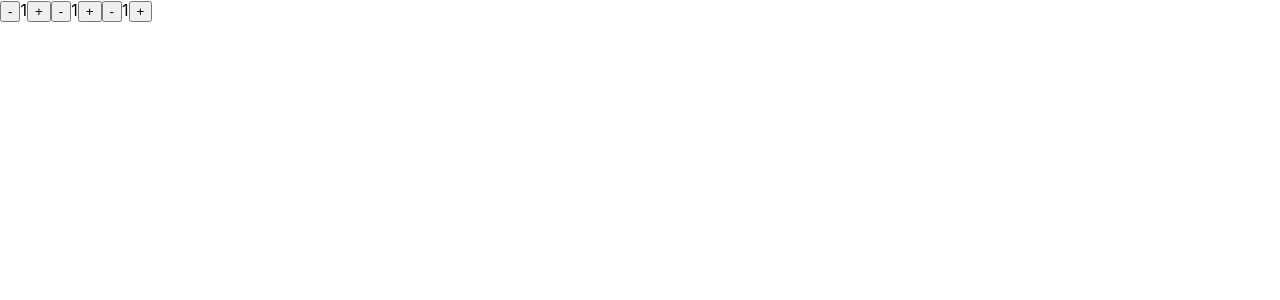
Repository: max535/test-task-netrika
Page: /
An editor plug-in stored every save of this project. The page is shown before and after the next save, followed by the edit.
The browser window is 1280 px wide. The pictures show the whole page.
The project was rebuilt for these pictures with package versions that can differ from the ones it lists, and the page was loaded fresh each time.

Above is the page before, as saved 2021-10-16 06:30:11.

After the next save:
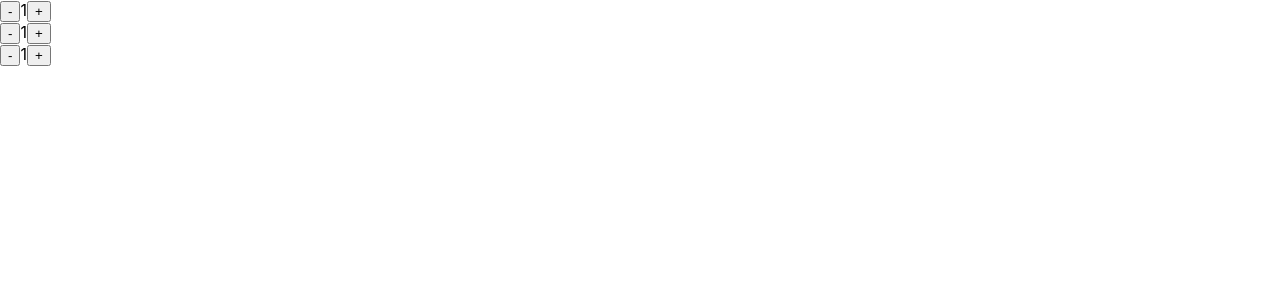
Saved 10 s later.
--- a/src/App.css
+++ b/src/App.css
@@ -1,6 +1,6 @@
 .App {
   display: flex;
-  flex-direction: row;
+  flex-direction: column;
   width: 100%;
   height: 100%;
 }

After the save that followed:
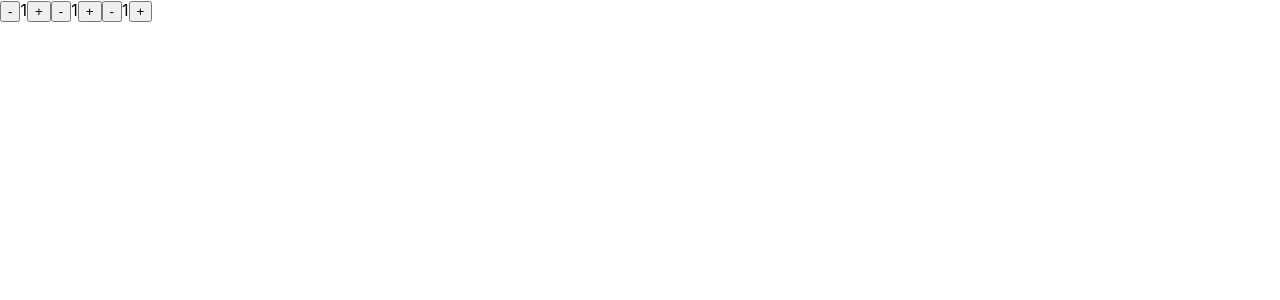
Saved 29 s later.
--- a/src/App.css
+++ b/src/App.css
@@ -1,6 +1,6 @@
 .App {
   display: flex;
-  flex-direction: column;
+  flex-direction: column-center;
   width: 100%;
   height: 100%;
 }
